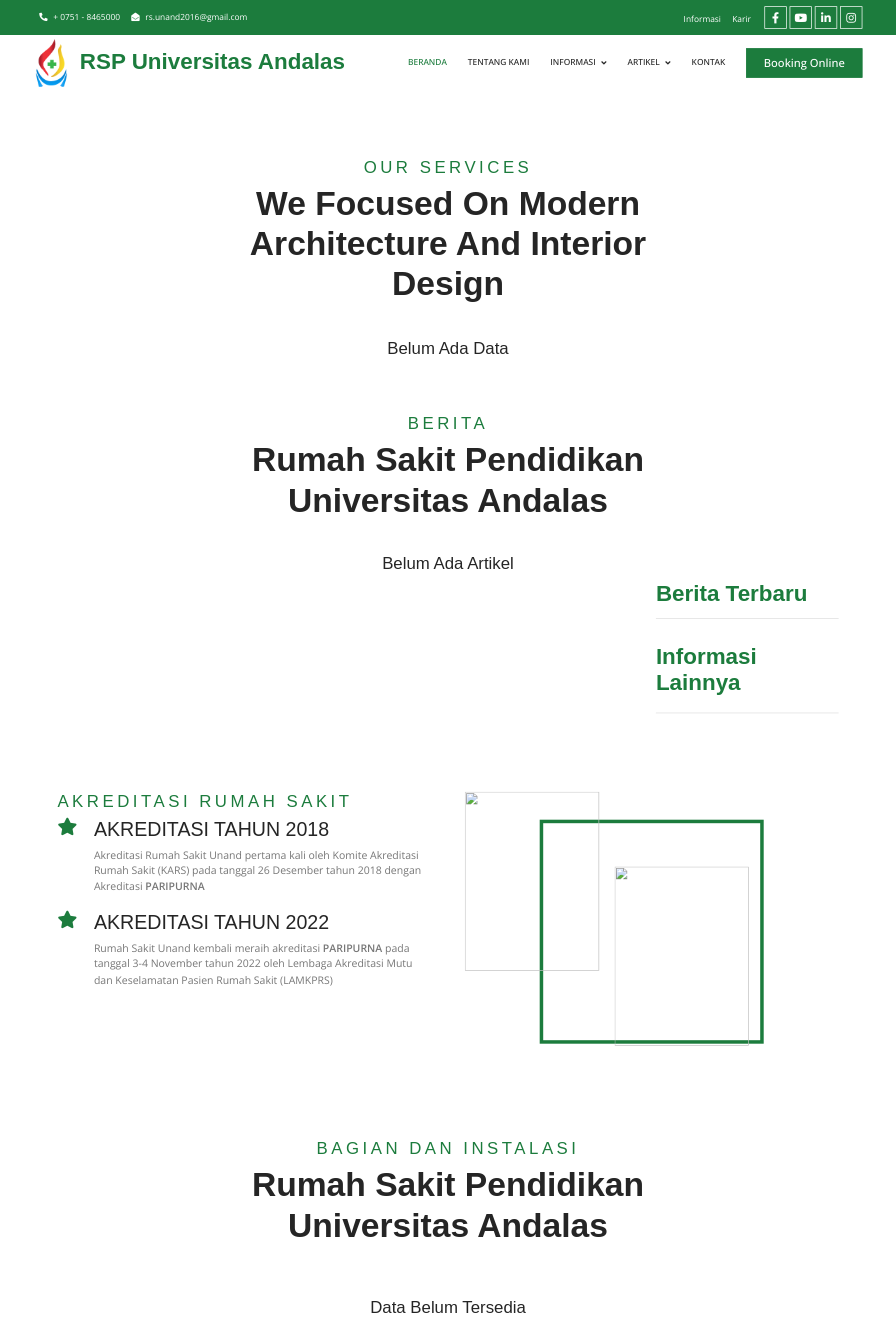
Repository: vivin-erialis/rsunand-site
Page: http://localhost/
The author's editor kept a copy of each file at every save. The page is drawn from the files as they stood at one save, then again after the next save.
The browser window is 1280 px wide. The pictures show the part of the page from y = 0 to 1920 px (the page is 3145 px tall before and 3474 px after), at 70% of full size.
Some web fonts or font styles are not loaded; a fallback is used. Some web libraries are served in a nearby version. The page is served by the project's Laravel application, run on PHP 8.4 with Laravel 12. Queries for data that is not in the repository find no rows.

Above is the page before, as saved 2024-06-10 08:54:21.
Console error: TypeError: Cannot read properties of undefined (reading 'version')

After the next save:
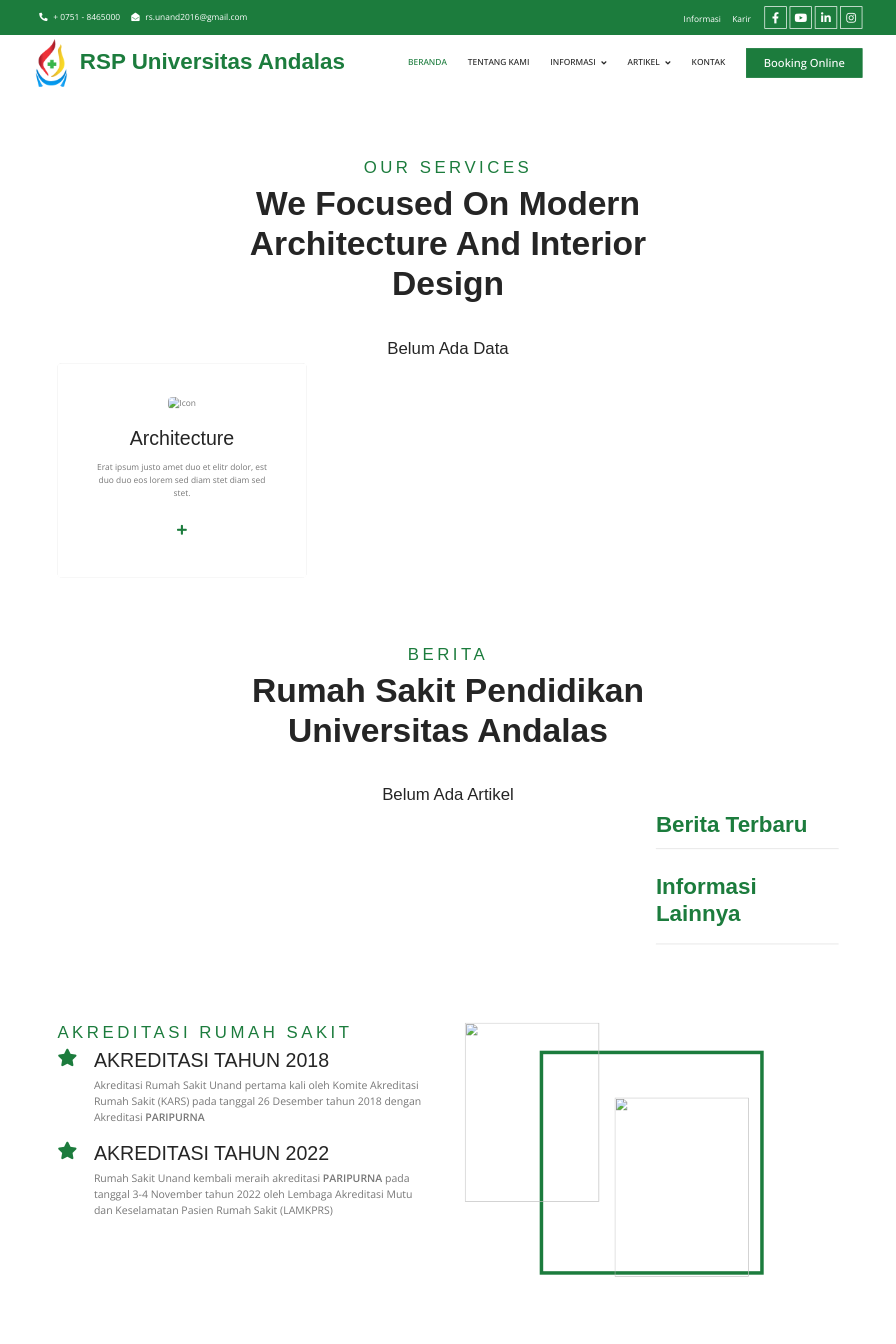
Saved 65 s later.
--- a/resources/views/Frontend/home.blade.php
+++ b/resources/views/Frontend/home.blade.php
@@ -76,6 +76,17 @@
                 <h4 class="mt-5 text-center">Belum Ada Data</h4>
             @endif
             <div class="row g-4">
+                <div class="col-lg-4 col-md-6 wow fadeInUp" data-wow-delay="0.1s">
+                    <div class="service-item d-flex position-relative text-center h-100">
+                        <img class="bg-img" src="img/service-1.jpg" alt="">
+                        <div class="service-text p-5">
+                            <img class="mb-4" src="img/icons/icon-5.png" alt="Icon">
+                            <h3 class="mb-3">Architecture</h3>
+                            <p class="mb-4">Erat ipsum justo amet duo et elitr dolor, est duo duo eos lorem sed diam stet diam sed stet.</p>
+                            <a class="btn" href=""><i class="fa fa-plus text-primary me-3"></i>Read More</a>
+                        </div>
+                    </div>
+                </div>
                 @foreach ($layanan as $item)
                 <div class="col-lg-4 col-md-6 wow fadeInUp" data-wow-delay="0.5s"
                 style="border-radius:10px">
